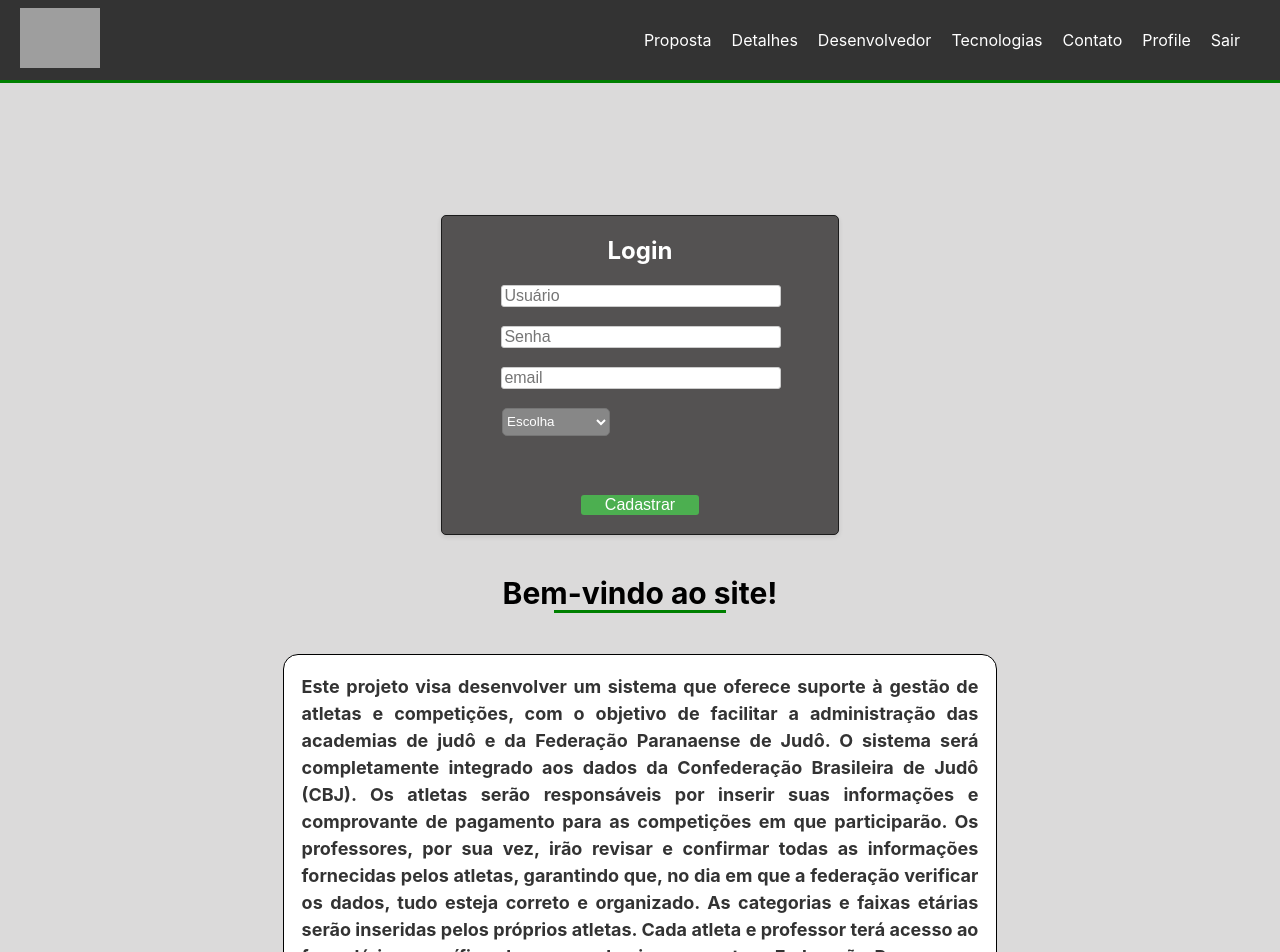
Repository: gustavo-eng/TheFightDay
Page: / (app in Client/frontend/), after clicking the first element matching `form > :nth-child(4)`
The author's editor kept a copy of each file at every save. The page is drawn from the files as they stood at one save, then again after the next save.
The browser window is 1280 px wide. The pictures show the part of the page from y = 0 to 952 px (the page is 1823 px tall).
Pictures or frames that could not be fetched are drawn as grey boxes. The project was rebuilt for these pictures with package versions that can differ from the ones it lists, and the page was loaded fresh each time. Also part of the build but not shown: Client/frontend/src/App.css, Client/frontend/src/utils/PrivateRoute.js, Client/frontend/src/pages/Home.js, Client/frontend/src/pages/profile.css, Client/frontend/src/pages/Profile.js.

Above is the page before, as saved 2023-06-17 13:37:14.

### Client/frontend/src/App.js

import './App.css';

//Components
import Footer from './Components/Footer';
import Header from './Components/Header';


import Rotas from './routes/Routes';


function App() {
  return (
    <div className="App">
        <Header />
          <Rotas />
        <Footer/>
    </div>
  );
}



export default App;

### Client/frontend/src/Components/Footer.js
import React from 'react';

import './footer.css';



const Footer = () => {

    return (
        <footer>
            <div class="container">
                <div class="footer-logo">

                </div>
                    <div class="footer-links">
                        <ul>
                            <li><a href="#">Home</a></li>
                            <li><a href="#">Sobre</a></li>
                            <li><a href="#">Calendário</a></li>
                            <li><a href="#">Notícias</a></li>
                            <li><a href="#">Contato</a></li>
                        </ul>
                    </div>
                <div class="footer-social">
                    <a href="#"><img src="https://static.wixstatic.com/media/23fd2a2be53141ed810f4d3dcdcd01fa.png/v1/fill/w_33,h_33,al_c,q_85,usm_0.66_1.00_0.01,enc_auto/23fd2a2be53141ed810f4d3dcdcd01fa.png" alt="Facebook"/></a>
                    <a href="#"><img src="https://static.wixstatic.com/media/81af6121f84c41a5b4391d7d37fce12a.png/v1/fill/w_33,h_33,al_c,q_85,usm_0.66_1.00_0.01,enc_auto/81af6121f84c41a5b4391d7d37fce12a.png" alt="Instagram"/></a>
                    <a href="#"><img src="https://static.wixstatic.com/media/203dcdc2ac8b48de89313f90d2a4cda1.png/v1/fill/w_33,h_33,al_c,q_85,usm_0.66_1.00_0.01,enc_auto/203dcdc2ac8b48de89313f90d2a4cda1.png" alt="YouTube"/></a>
                </div>
            </div>
        </footer>
    )

}

export default Footer;

### Client/frontend/src/Components/Header.js


import '../Components/header.css';


const Header = () => {
    return (
        <header>
        <nav>
        <div class="logo">
            <a href="#">
                <img src="https://static.wixstatic.com/media/5b4b97_a2e5c36cfd584f3aa512ad8b07f30727~mv2.png/v1/fill/w_111,h_121,al_c,q_85,usm_0.66_1.00_0.01,enc_auto/NOVVA%20LOGO%20COM%20EFEITO%20SEM%20SOMBRA.png" alt="Logo"/>
            </a>
        </div>
            <ul class="menu">
                {/* ROTA LOGOUT colocar logica para saida do usuario , as demais colocar https para servidor  */}
                <li><a href="http://localhost:3333/index/logout">Proposta</a></li>
                <li><a href="http://localhost:3333/index/description">Detalhes</a></li>
                <li><a href="http://localhost:3333/index/desenvolvedor">Desenvolvedor</a></li>
                <li><a href="http://localhost:3333/index/tecnologia">Tecnologias</a></li>
                <li><a href="http://localhost:3333/index/contato">Contato</a></li>
                <li><a href="/profile">Profile</a></li>
                <li><a href="http://localhost:3333/index/logout">Sair</a></li>
            </ul>
        </nav>
    </header>
    )
}

export default Header;

### Client/frontend/src/routes/Routes.js

import { BrowserRouter, Route, Routes } from 'react-router-dom';

import PrivateRoute from '../utils/PrivateRoute';

//Screens
import Home from '../pages/Home';
import LoginScreen from '../pages/Login';
import Profile from '../pages/Profile';

// USAR VIDEO DA ROCKETSEAT APENAS PARA VERIFICAR  SE NO  localstorage, existe o token
//caso tiver token, isAutenticated  = true e a rota privada para home podera ser renderizada





const Rotas = () => {
    return (
        <BrowserRouter>
            <Routes>
                <Route element={<PrivateRoute/>}>
                    <Route path='/home' element={<Home/>}  />
                    <Route path='/profile' element={<Profile/>}  />
                </Route>
                <Route path="/" element={<LoginScreen />} />
            </Routes>
        </BrowserRouter>
    )
}

export default Rotas;

### Client/frontend/src/Components/footer.css
footer {

    position: relative; /* aquiii */
    display: flex;
    align-self: flex-end;
    flex-direction: row;

    bottom: 0;
    left: 0;
    width: 100%;
    background-color: #333;
    color: #fff;
    padding: 9px 0;
    font-size: 14px;
    border-top: 3.2px solid green;

  }

  .container {
    max-width: 1200px;
    margin: 0 auto;
    padding: 0 10px;
  }

  .footer-logo img {
    height: 50px;
  }

  .footer-links ul {
    list-style: none;
    margin: 15px;
    padding: 0;
  }

  .footer-links li {
    display: inline-block;
    margin-right: 90px;
  }

  .footer-links a {
    color: #fff;
    text-decoration: none;
  }

  .footer-social a {
    margin-right: 10px;
  }

  .footer-social img {
    height: 20px;
  }

  .card_tecnologia {
      margin-left: 5vh;
      margin-right: 5vh;
      height: 15px;
      /* background-color: purple; */

  }

### Client/frontend/src/Components/header.css
header {
    background-color: #333;
    height: 85px;
    width: 100%;
    border-bottom: 3.2px solid green;

}


nav {
    display: flex;
    align-items: center;
    justify-content: space-between;
    height: 100%;
    padding: 0 20px;
    color: #fff;
}

.logo img {
    height: 60px;
}

.menu {
    list-style: none;
    display: flex;
}

.menu li {
    margin-right: 20px;
}

.menu li a {
    color: #fff;
    text-decoration: none;
    font-size: 16px;
}

.menu li a:hover {
    color: green;
}

### Client/frontend/src/pages/Login.js
import React, { useState } from 'react';
import taskService from '../service/taskServiceUser';

import { useNavigate } from 'react-router-dom';


//css
import '../Components/formLogin.css';

const LoginScreen  = (props) => {
    const [user, setUser] = useState('');
    const [email, setEmail] = useState('');
    const [password, setPassword] = useState('');
    const [newUser, setNewUser] = useState(false);
    const [contUser, setContUser] = useState(0);
    const [selectedPermission, setSelectedPermission] = useState('');

    const navigate = useNavigate()

    const handleUserChange = (e) => {
        setUser(e.target.value);
    };

    const handlePermissionChange = (event) => {
        setSelectedPermission(event.target.value);
    };

    const handleEmailChange = (e) => {
        setEmail(e.target.value)
    }

    const handlePasswordChange = (e) => {
        setPassword(e.target.value);
    };

    //falta o handleEmailChange





    const handleSubmit = async (e) => {
      e.preventDefault();
      console.log('Clicou no Entrar')
      const response = await taskService.login(user, password)
      console.log(' Response dentro do handleSubmit')
      console.log(response)

      const token = response.token
      localStorage.setItem('token', token);
      localStorage.setItem('userId', response.userId)
      localStorage.setItem('user', response.user)
      localStorage.setItem('permission', response.userPermission)
      navigate('/home')

    }

    const handleNewUser = async (evt) => {
        evt.preventDefault();
        setNewUser(!newUser)
        setContUser(contUser + 1)
        console.log(contUser)
        //(user, password, email, permission)
        if(contUser > 0) { //cadastar
            const response = await taskService.register(user, password, email, selectedPermission)
            console.log(response)
            setContUser(0)
        }
        console.log('contUser depois  do if ')
        console.log(contUser)
    }

    // const saveNewUser = async (evt) => {
    //     evt.preventDefault();
    //     console.log('VAMOS CADASTRAR UM NOVO USUARIO')
    // }


    return (
        <>
                <div class="container_proposta">

                <p class= "p_proposta">
                                Este projeto visa desenvolver um sistema que oferece suporte à gestão de atletas e competições, com o objetivo de facilitar a administração das academias de judô e da Federação Paranaense de Judô. O sistema será completamente integrado aos dados da Confederação Brasileira de Judô (CBJ). Os atletas serão responsáveis por inserir suas informações e comprovante de pagamento para as competições em que participarão. Os professores, por sua vez, irão revisar e confirmar todas as informações fornecidas pelos atletas, garantindo que, no dia em que a federação verificar os dados, tudo esteja correto e organizado. As categorias e faixas etárias serão inseridas pelos próprios atletas. Cada atleta e professor terá acesso ao formulário específico de sua academia, enquanto a Federação Paranaense terá acesso a todas as academias e aos dados dos alunos relacionados à competição.
                </p>
                    <h2 class="proposta_title">Bem-vindo ao site!</h2>
                    <div class="container_login">
                        <div class="login-form">

                        <h2> Login  </h2>
                        <div class="container_form">
                            <form onSubmit={handleSubmit}>

                                <input
                                    type="text"
                                    placeholder="Usuário"
                                    name="user"
                                    value={user}
                                    onChange={handleUserChange}
                                    required
                                />
                                <input
                                    type="password"
                                    placeholder="Senha"
                                    name="password"
                                    value={password}
                                    onChange={handlePasswordChange}
                                    required
                                />
                                {newUser == true ?
                                    <>
                                        <input
                                            type="text"
                                            placeholder="email"
                                            name="email"
                                            value={email}
                                            onChange={handleEmailChange}
                                            required
                                        />
                                        <select id="permissionSelect2" value={selectedPermission} onChange={handlePermissionChange} >
                                            <option value="aluno">Escolha</option>
                                            <option value="aluno">Aluno</option>
                                            <option value="sensei">Sensei</option>
                                        </select>
                                    </>
                                    : <button type="submit">Entrar</button>

                                }
                                <button onClick={handleNewUser}> Cadastrar </button>

                            </form>
                        </div>
                        </div>
                    </div>
            </div>
            <img   id= "fundo"src="https://static.wixstatic.com/media/5b4b97_a56bf4008973433bb99533d525220bad~mv2.png/v1/fill/w_1895,h_926,al_c,q_90,usm_0.66_1.00_0.01,enc_auto/5b4b97_a56bf4008973433bb99533d525220bad~mv2.png" alt="federacao" />
        </>
    )
}



export default LoginScreen;

### Client/frontend/src/pages/home.css
body {
    background-color: rgb(219, 218, 218);
    margin: 0;
    background-image: none;
    /* background-size: contain; */
    background-position: 500px; /* Posiciona a imagem no canto superior esquerdo */
}


#permissionSelect {
    display: flex;
    margin-left: 8.35vh;
    background-color: rgb(135, 135, 135);
    margin-bottom: 8vh;
    color: white;
    border-radius: 5px;
    height: 4vh;
    width: 15vh;
}

### Client/frontend/src/service/taskServiceUser.js
let taskService = {

    login: async function(user, password) {
        const data = {
            method: 'POST',
            headers: {'Content-type': 'application/json'},
            body: JSON.stringify({user: user, password: password })
        }

        const response = await fetch('http://localhost:3333', data)
        return await response.json()

    },
    listCompetition: async (token) => { // arrumar
        const data = {
            method: 'GET',
            headers: {'Content-type': 'application/json', 'Custom-Header': token},
        }

        const response = await fetch('http://localhost:3333/competition', data).then(el => el.json()).then(e => {
            return e
        })
         return  response
    },
    register: async (user, password, email, permission) => {
        const data = {
            method: 'POST',
            headers: {'Content-type': 'application/json'},
            body: JSON.stringify({user: user, password: password, email: email, permission: permission })
        }
        const response = await fetch('http://localhost:3333/users', data)
        // nao precisa retornar nada !
        return await response.json()
    }

    //newUser

//fetch('http://localhost:3333/competition').then(el => el.json()).then(e => console.log(e))
//fetch('http://localhost:3333/competition').then(el => el.json()).then(e => console.log(e[0].nome))
}


export default taskService;

### Client/frontend/src/Components/formLogin.css
body {
    background-color: rgb(219, 218, 218);
    margin: 0;
    /* background-image: url('https://c4.wallpaperflare.com/wallpaper/246/188/1015/fight-skill-training-technique-wallpaper-preview.jpg'); */
    background-size: contain;
    background-position: 500px; /* Posiciona a imagem no canto superior esquerdo */
}

  #fundo {
    height: 93vh;
    width: 100%;
    opacity: 0.95;
    margin-bottom: -5px;
  }

  header {
      background-color: #333;
      height: 80px;
      border-bottom: 3.2px solid green;
  }

  nav {
      display: flex;
      align-items: center;
      justify-content: space-between;
      height: 100%;
      padding: 0 20px;
      color: #fff;
  }

  .logo img {
      height: 60px;
  }

  .menu {
      list-style: none;
      display: flex;
  }

  .menu li {
      margin-right: 20px;
  }

  .menu li a {
      color: #fff;
      text-decoration: none;
      font-size: 16px;
  }

  .menu li a:hover {
      color: green;
  }

  .container_proposta p {
    font-size: 18px;
    line-height: 1.5;
    color: #333;
    margin-bottom: 20px;
    text-align: justify;
    background-color: #ffffff;
    width: 94vh;
    border-radius: 15px;
    border: solid 0.7px black;
    padding: 18px;
  }

  .proposta_title {
    position: relative;
    /*   background-color: red; */
    display: flex;
    flex: 1;
    flex-direction: column;
    align-items: center;
    font-size: 30px;
  }

  .proposta_title::after {
    content: "";
    position: absolute;
    bottom: -2px;
    left: 1;
    width: 24vh;
    height: 3px;
    background-color: green;
  }

  .container_proposta  {
    /*   background-color: red; */

      display: flex;
      flex: 1;
      flex-direction: column-reverse;
    }

   .p_proposta {
    width: 75%;
    align-self: center;
    font-weight: bold;
    color: #e1e1e1;
   }

  .container_form {

    display: flex;
    flex-direction: column;
    align-items: center;
  }

  .container_login {
    /* background-color: yellow; */
    margin-top: 18vh;
    width: 100%;
    display: flex;
    flex: 1;
    flex-direction: column;
    align-items: center;
   }

  .login-form {

    display: flex;
    flex-direction: column;
    align-items: center;
    height: 34%;
    margin-top: 2px;
    margin-bottom: 1.2%;
    background-color: #545252;
     /* aquiii fsfdafsfsdgdfsgsdfdsfgfg*/
    box-shadow: 0 2px 5px rgba(0, 0, 0, 0.1);
    width: 55vh;
    border-radius: 5px;
    border: 1.3px solid rgb(27, 27, 27);
  }

  .login-form h2 {
    /* background-color: red; */
    color: white;
    text-align: center;
    margin-bottom: 20px;
  }

  .login-form input[type="text"],
  .login-form input[type="password"] {
    /* background-color: purple; */
    width: 38vh;
    height: 20%;
    /* padding: 10px; */
    margin-bottom: 19px;
    border: 1px solid #ccc;
    border-radius: 3px;
    font-size: 16px;
    outline-width: 0;
    margin-left: 15%;
  }

  .login-form button {
    width: 30%;
    /* padding: 10px; */
    height: 30%;
    border: none;
    background-color: #4CAF50;
    color: #fff;
    font-size: 16px;
    cursor: pointer;
    border-radius: 3px;
    margin-bottom: 19px;
    margin-left: 35%;

  }

  .container_form {
    /* background-color: pink; */
    display: flex;
    flex-direction: column;
    align-items: center;
  }

  .login-form button:hover {
    background-color: #267029;
  }

  footer {

    position: relative; /* aquiii */
    display: flex;
    align-self: flex-end;
    flex-direction: row;

    bottom: 0;
    left: 0;
    width: 100%;
    background-color: #333;
    color: #fff;
    padding: 9px 0;
    font-size: 14px;
    border-top: 3.2px solid green;

  }

  .container {
    max-width: 1200px;
    margin: 0 auto;
    padding: 0 10px;
  }

  .footer-logo img {
    height: 50px;
  }

  .footer-links ul {
    list-style: none;
    margin: 15px;
    padding: 0;
  }

  .footer-links li {
    display: inline-block;
    margin-right: 90px;
  }

  .footer-links a {
    color: #fff;
    text-decoration: none;
  }

  .footer-social a {
    margin-right: 10px;
  }

  .footer-social img {
    height: 20px;
  }


  .container_main {
    display: flex;
    flex: 1;
    flex-direction: column-reverse;
    align-content: flex-end;
  }

  #permissionSelect2 {
    display: flex;
    margin-left: 8.35vh;
    background-color: rgb(135, 135, 135);
    margin-bottom: 8vh;
    color: white;
    border-radius: 5px;
    height: 4vh;
    width: 15vh;
}

Loaded but not shown: Client/frontend/public/index.html (common file); Client/frontend/src/index.js (common file); Client/frontend/src/index.css (common file); Client/frontend/src/reportWebVitals.js (common file)

After the next save:
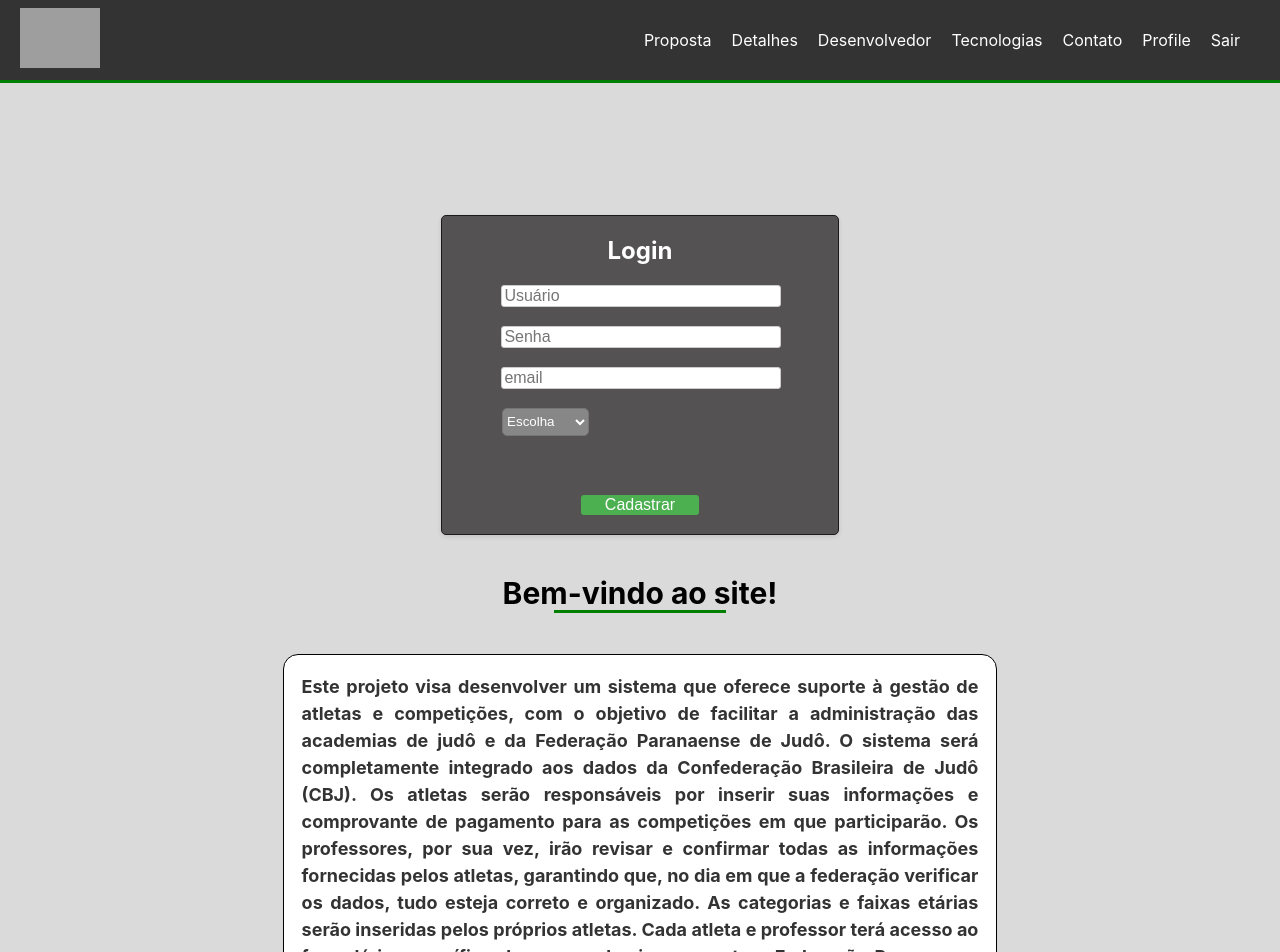
Saved 36 s later.
--- a/Client/frontend/src/Components/formLogin.css
+++ b/Client/frontend/src/Components/formLogin.css
@@ -247,5 +247,5 @@
     color: white;
     border-radius: 5px;
     height: 4vh;
-    width: 15vh;
+    width: 12vh;
 }

After the save that followed:
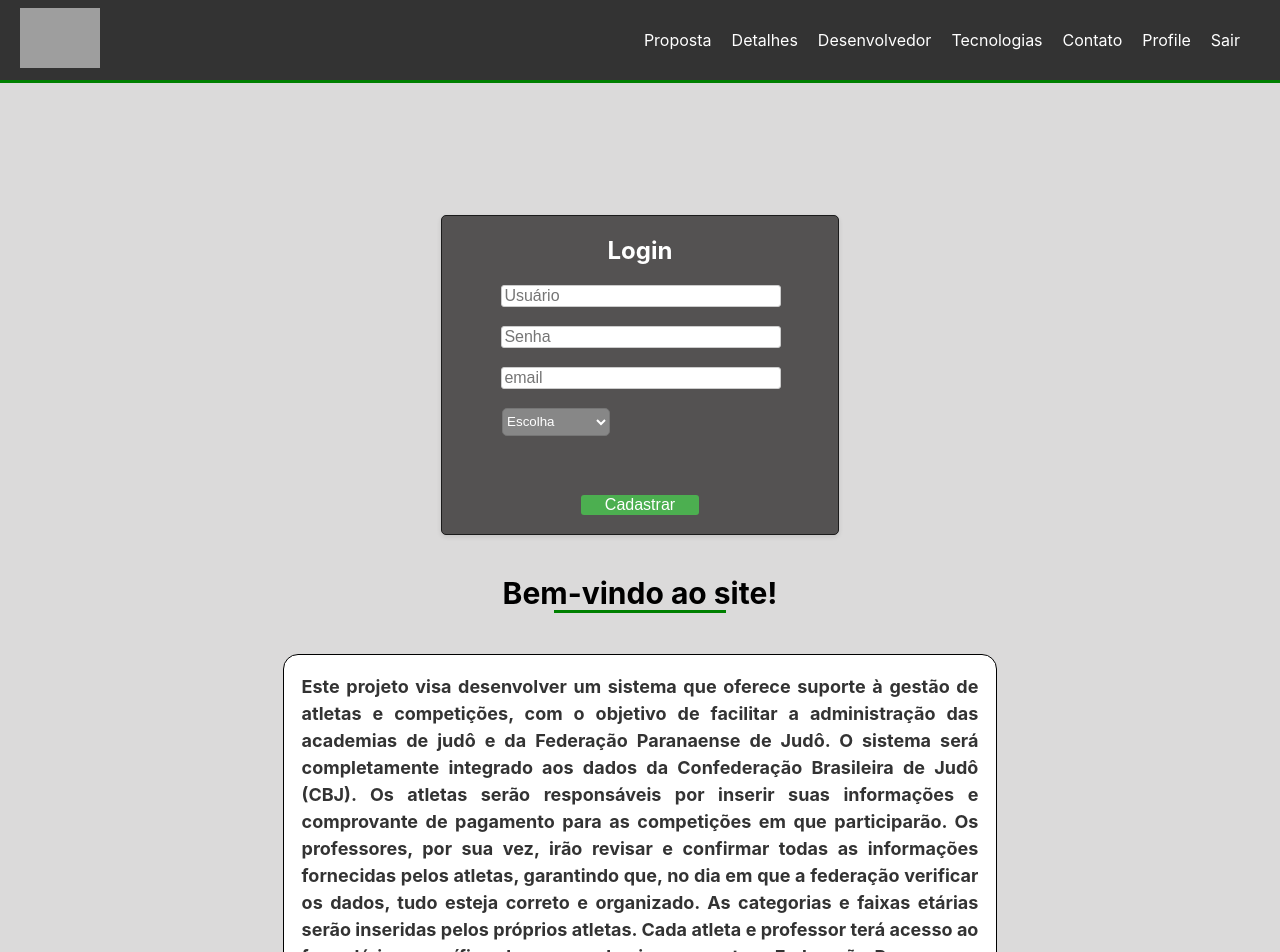
Saved 18 s later.
--- a/Client/frontend/src/Components/formLogin.css
+++ b/Client/frontend/src/Components/formLogin.css
@@ -247,5 +247,5 @@
     color: white;
     border-radius: 5px;
     height: 4vh;
-    width: 12vh;
+    width: 15vh;
 }
